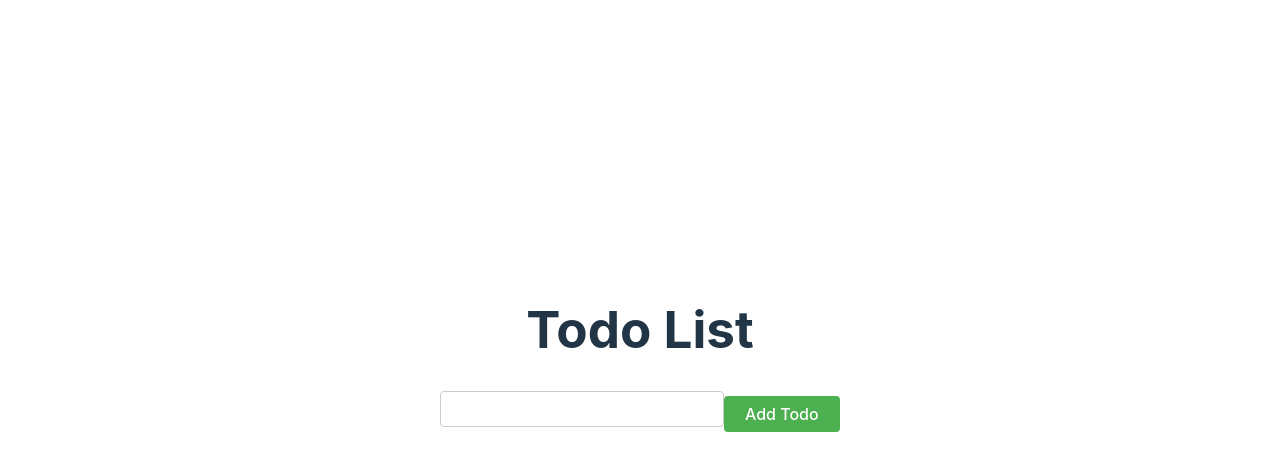
Repository: sinchana-p-iVoyant/mobx-todo
Page: /
These files come from the project's save history. The page is drawn as it stood at one moment and after the next save; the edit follows.
The browser window is 1280 px wide. The pictures show the whole page.
The project was rebuilt for these pictures with package versions that can differ from the ones it lists, and the page was loaded fresh each time. Also part of the build but not shown: vite.config.js.

Above is the page before, as saved 2024-03-07 02:23:35.

### src/App.jsx
// App.js
import './App.css';
import TodoList from './TodoList';

function App() {
  return (
    <div>
      <h1>Todo List</h1>
      <TodoList />
    </div>
  );
}

export default App;

### src/TodoList.jsx
import { useState } from 'react';
import { observer } from 'mobx-react-lite';
import todoStore from './TodoStore';
import './TodoList.css';

const TodoList = () => {
  const [newTodoText, setNewTodoText] = useState('');
  const [editingTodoId, setEditingTodoId] = useState(null);
  const [editedTodoText, setEditedTodoText] = useState('');

  const handleAddTodo = () => {
    if (newTodoText.trim() !== '') {
      todoStore.addTodo({
        id: Math.random(),
        text: newTodoText,
      });
      setNewTodoText('');
    }
  };

  const handleStartEditTodo = (id, text) => {
    setEditingTodoId(id);
    setEditedTodoText(text);
  };

  const handleCancelEditTodo = () => {
    setEditingTodoId(null);
    setEditedTodoText('');
  };

  const handleSaveEditedTodo = (id) => {
    todoStore.editTodo(id, editedTodoText);
    setEditingTodoId(null);
    setEditedTodoText('');
  };

  const handleDeleteTodo = (id) => {
    todoStore.deleteTodo(id);
  };

  return (
    <div className="todo-list-container">
      <div className='input-container'>
        <input
            className="todo-input"
            type="text"
            value={newTodoText}
            onChange={(e) => setNewTodoText(e.target.value)}
        />
        <button className="todo-button" onClick={handleAddTodo}>Add Todo</button>
      </div>
      <ul className="todo-list">
        {todoStore.todos.map((todo) => (
          <li key={todo.id} className="todo-item">
            {editingTodoId === todo.id ? (
              <>
                <input
                  className="todo-input"
                  type="text"
                  value={editedTodoText}
                  onChange={(e) => setEditedTodoText(e.target.value)}
                />
                <button className="todo-button edit-button" onClick={() => handleSaveEditedTodo(todo.id)}>Save</button>
                <button className="todo-button cancel-button" onClick={handleCancelEditTodo}>Cancel</button>
              </>
            ) : (
              <>
                <span>{todo.text}</span>
                <button className="todo-button edit-button" onClick={() => handleStartEditTodo(todo.id, todo.text)}>Edit</button>
              </>
            )}
            <button className="todo-button delete-button" onClick={() => handleDeleteTodo(todo.id)}>Delete</button>
          </li>
        ))}
      </ul>
    </div>
  );
};

export default observer(TodoList);

### src/TodoStore.js
// TodoStore.js
import { makeObservable, observable, action } from 'mobx';

class TodoStore {
  todos = [];

  constructor() {
    makeObservable(this, {
      todos: observable,
      addTodo: action,
      editTodo: action,
      deleteTodo: action,
    });
  }

  addTodo = (todo) => {
    this.todos.push(todo);
  };

  editTodo = (id, newText) => {
    const todoToEdit = this.todos.find(todo => todo.id === id);
    if (todoToEdit) {
      todoToEdit.text = newText;
    }
  };

  deleteTodo = (id) => {
    this.todos = this.todos.filter(todo => todo.id !== id);
  };
}

const todoStore = new TodoStore();
export default todoStore;

### src/TodoList.css
/* TodoList.css */

.todo-list-container {
    width: 400px;
    margin: 0 auto;
  }

  .input-container {
    display: flex;
    flex-direction: row;
    align-items: center;
    justify-content: center;
  }

  .todo-input {
    width: 100%;
    margin-bottom: 10px;
    padding: 8px;
    font-size: 16px;
    border: 1px solid #ccc;
    border-radius: 4px;
  }

  .todo-button {
    width: 10rem;
    padding: 8px 15px;
    font-size: 16px;
    border: none;
    border-radius: 4px;
    background-color: #4caf50;
    color: white;
    cursor: pointer;
  }

  .todo-list {
    list-style-type: none;
    padding: 0;
  }

  .todo-item {
    margin-bottom: 10px;
  }

  .todo-item input[type="text"] {
    width: 80%;
    padding: 8px;
    font-size: 16px;
    border: 1px solid #ccc;
    border-radius: 4px;
  }

  .todo-item button {
    margin-left: 5px;
    padding: 8px 15px;
    font-size: 16px;
    border: none;
    border-radius: 4px;
    cursor: pointer;
  }

  .edit-button {
    background-color: #2196F3;
  }

  .edit-button:hover {
    background-color: #0b7dda;
  }

  .delete-button {
    background-color: #f44336;
  }

  .delete-button:hover {
    background-color: #da190b;
  }

Loaded but not shown: index.html (common file); src/main.jsx (common file); src/index.css (common file); src/App.css (common file)

After the next save:
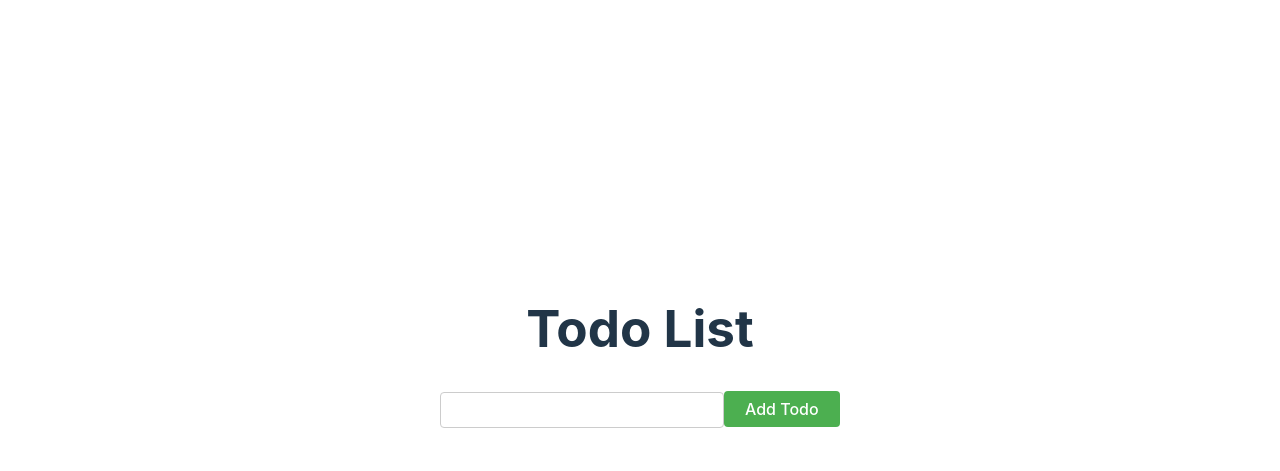
Saved 11 s later.
--- a/src/TodoList.css
+++ b/src/TodoList.css
@@ -8,7 +8,7 @@
   .input-container {
     display: flex;
     flex-direction: row;
-    align-items: center;
+    align-items: baseline;
     justify-content: center;
   }
 
